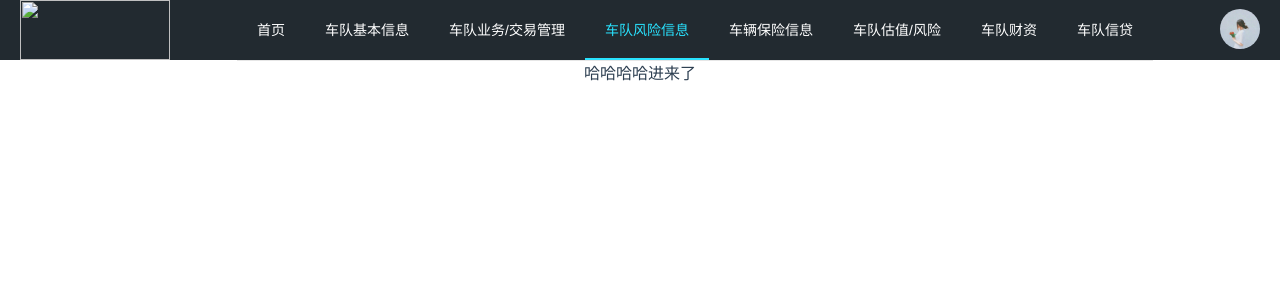
Repository: TheWomanLiketheWind/woodpecker
Page: /menuSecond
An editor plug-in stored every save of this project. The page is shown before and after the next save, followed by the edit.
The browser window is 1280 px wide. The pictures show the whole page.
The project was rebuilt for these pictures with package versions that can differ from the ones it lists, and the page was loaded fresh each time.

Above is the page before, as saved 2019-07-25 16:08:16.

### public/index.html
<!DOCTYPE html>
<html lang="en">
  <head>
    <meta charset="utf-8">
    <meta http-equiv="X-UA-Compatible" content="IE=edge">
    <meta name="viewport" content="width=device-width,initial-scale=1.0">
    <link rel="icon" href="<%= BASE_URL %>favicon.ico">
    <title>woodpecker</title>
  </head>
  <body>
    <noscript>
      <strong>We're sorry but woodpecker doesn't work properly without JavaScript enabled. Please enable it to continue.</strong>
    </noscript>
    <div id="app"></div>
    <!-- built files will be auto injected -->
  </body>
</html>

### src/App.vue
<template>
  <div id="app">
    <router-view />
  </div>
</template>

<style lang="scss">
#app {
  font-family: "Avenir", Helvetica, Arial, sans-serif;
  -webkit-font-smoothing: antialiased;
  -moz-osx-font-smoothing: grayscale;
  text-align: center;
  color: #2c3e50;
  .el-header {
    display: flex;
    justify-content: space-between;
    align-items: center;
  }
}
#nav {
  padding: 30px;
  a {
    font-weight: bold;
    color: #2c3e50;
    &.router-link-exact-active {
      color: #42b983;
    }
  }
}
body {
  margin: 0;
}
</style>

### src/router.ts
import Vue from 'vue'
import Router from 'vue-router'
import Home from './views/Home.vue'
Vue.use(Router)

export default new Router({
  mode: 'history',
  base: process.env.BASE_URL,
  routes: [
    {
      path: '/',
      name: 'home',
      component: Home,
      children: [
        {
          path: 'menuSecond',
          name: 'menuSecond',
          component: () =>
            import(/* webpackChunkName: "about" */ './views/menuSecond.vue')
        }
      ]
    }
  ]
})

### src/views/Home.vue
<template>
  <el-container>
    <el-header class="headerAll">
      <img src=""
           class="headImage">
      <el-menu :default-active="activeIndex"
               class="el-menu-demo"
               mode="horizontal"
               background-color="#222a30"
               text-color="#fff"
               active-text-color="#29e2fe"
               @select="handleSelect">
        <el-menu-item v-for="(item, index) in menuList"
                      :key="index"
                      :index="item.index">{{item.name}}</el-menu-item>
      </el-menu>

      <el-dropdown>
        <img src="../assets/headImage.jpg"
             class="drophead" />
        <el-dropdown-menu slot="dropdown">
          <el-dropdown-item>个人信息</el-dropdown-item>
          <el-dropdown-item>退出</el-dropdown-item>
        </el-dropdown-menu>
      </el-dropdown>
    </el-header>
    <!-- 进来 -->
    <router-view />
  </el-container>
</template>

<script lang="ts">
import { Component, Vue } from "vue-property-decorator";

@Component({
  components: {}
})
export default class Home extends Vue {
  data() {
    return {
      activeIndex: "4",
      menuList: [
        {
          name: "首页",
          index: "1",
          link: ""
        },
        {
          name: "车队基本信息",
          index: "2",
          link: ""
        },
        {
          name: "车队业务/交易管理",
          index: "3",
          link: ""
        },
        {
          name: "车队风险信息",
          index: "4",
          link: ""
        },
        {
          name: "车辆保险信息",
          index: "5",
          link: ""
        },
        {
          name: "车队估值/风险",
          index: "6",
          link: ""
        },
        {
          name: "车队财资",
          index: "7",
          link: ""
        },
        {
          name: "车队信贷",
          index: "8",
          link: ""
        }
      ]
    };
  }

  private handleSelect(key: any, keyPath: any) {
    console.log(key, keyPath);
  }
}
</script>

<style lang="scss">
.headerAll {
  background: #222a30;
  .headImage {
    width: 150px;
    height: 100%;
    border: 0;
  }
  .drophead {
    width: 40px;
    height: 40px;
    border-radius: 50%;
  }
}
</style>

### src/views/menuSecond.vue
<template>
  <div>哈哈哈哈进来了</div>
  <!-- <el-container>
    <el-aside width="200px">Aside</el-aside>
    <el-main>Main</el-main>
  </el-container> -->

</template>

<script lang="ts">
import Vue from "vue";
export default Vue.extend({});
</script>


<style>
</style>

Loaded but not shown: src/main.ts (common file); src/store.ts (common file)

After the next save:
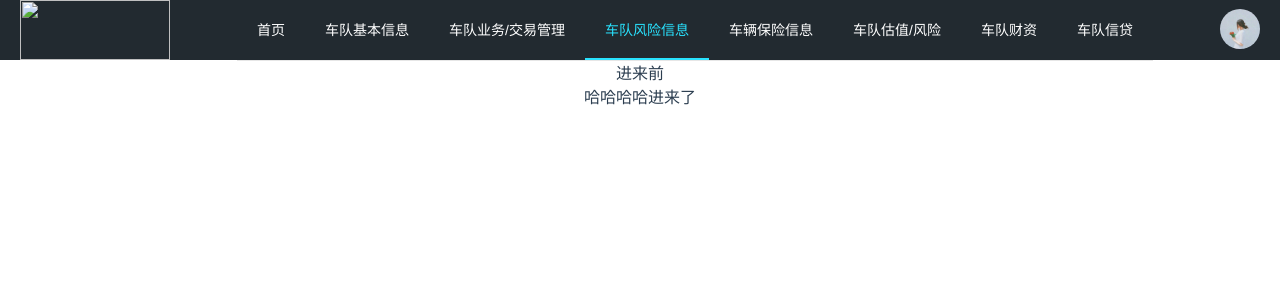
Saved 25 s later.
--- a/src/views/Home.vue
+++ b/src/views/Home.vue
@@ -25,6 +25,7 @@
       </el-dropdown>
     </el-header>
     <!-- 进来 -->
+    <div>进来前</div>
     <router-view />
   </el-container>
 </template>
